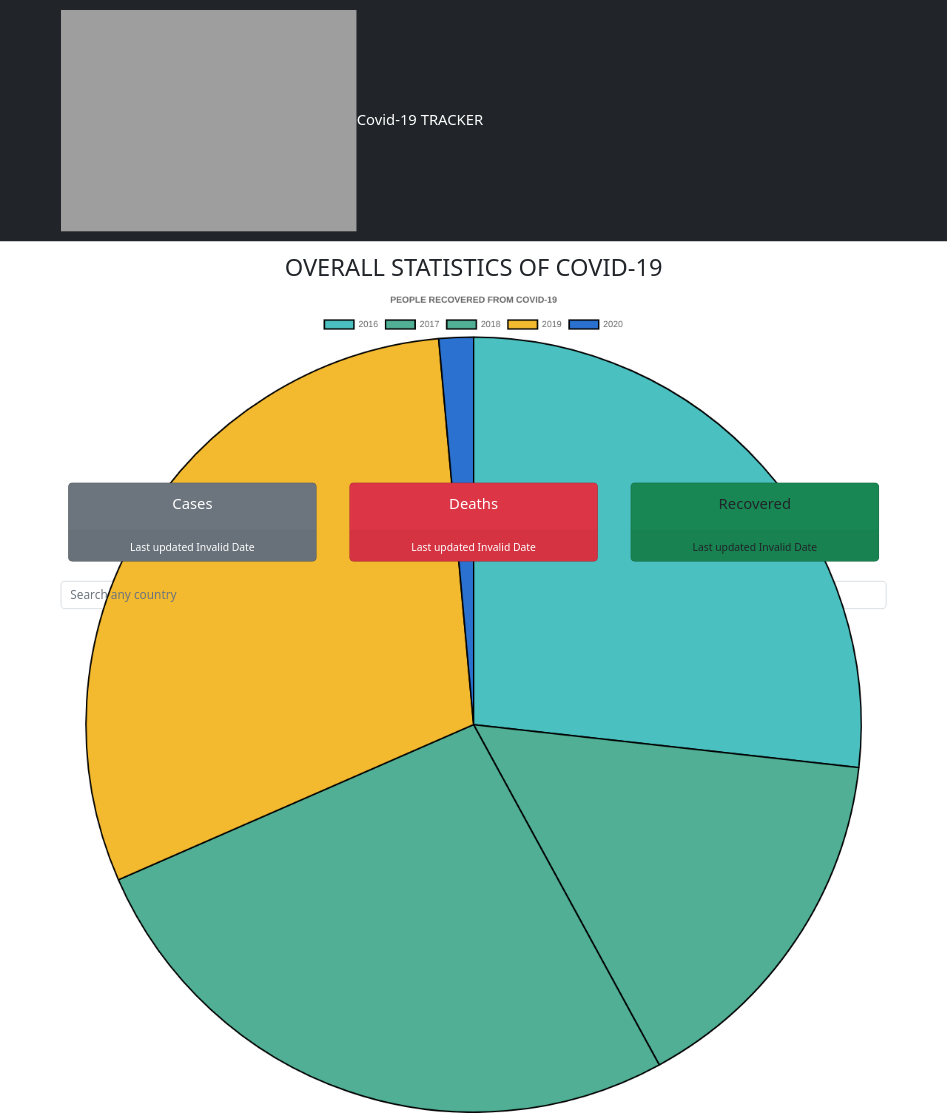
Repository: azizdeghais/CovidTracker
Page: /
The author's editor kept a copy of each file at every save. The page is drawn from the files as they stood at one save, then again after the next save.
The browser window is 1280 px wide. The pictures show the whole page, at 74% of full size.
Pictures or frames that could not be fetched are drawn as grey boxes. The page's requests for data from a server got no answer. The project was rebuilt for these pictures with package versions that can differ from the ones it lists, and the page was loaded fresh each time. No one was signed in, and anything a server would have sent is missing. Also part of the build but not shown: vite.config.js.

Above is the page before, as saved 2023-03-10 17:32:48.

After the next save:
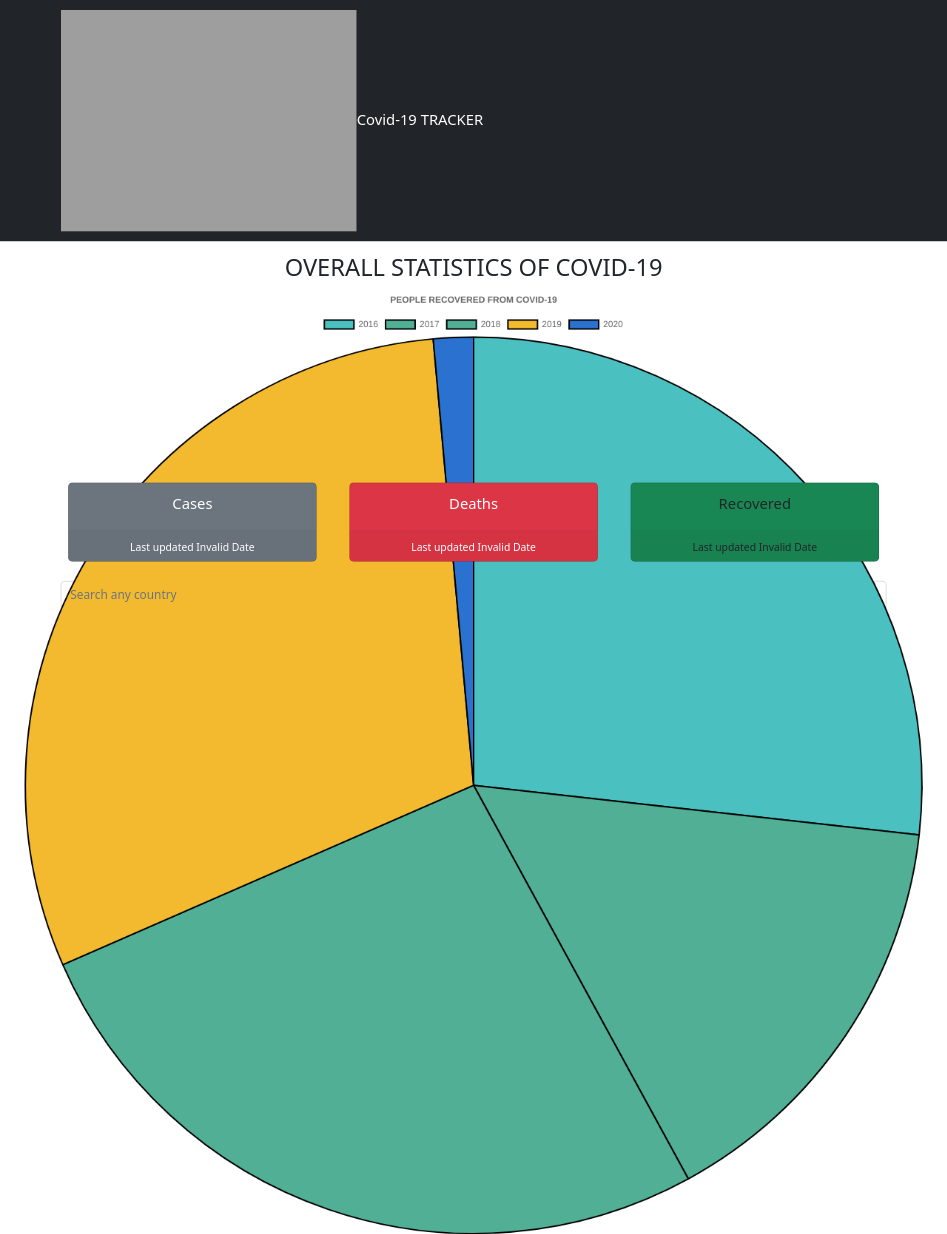
Saved 28 s later.
--- a/src/App.jsx
+++ b/src/App.jsx
@@ -106,10 +106,11 @@ function App() {
   return (
     <>
     <Nav/>
-    <Container>
-      <div style={{width:'auto',height:'300px'}}>
+    <div style={{width:'auto',height:'300px'}}>
         <PieChart chartData={chartData}/>
       </div>
+    <Container>
+
 
 
       <Row className='mb-3'>
